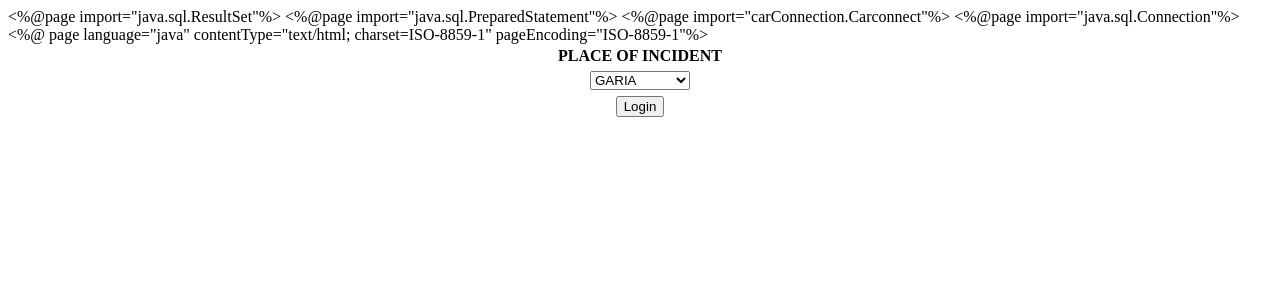
Repository: jeetlovely/ems
Page: EmergencyManagement/WebContent/accident.html
An editor plug-in stored every save of this project. The page is shown before and after the next save, followed by the edit.
The browser window is 1280 px wide. The pictures show the whole page.

Above is the page before, as saved 2018-04-25 20:45:20.

### EmergencyManagement/WebContent/accident.html

<%@page import="java.sql.ResultSet"%>
<%@page import="java.sql.PreparedStatement"%>
<%@page import="carConnection.Carconnect"%>
<%@page import="java.sql.Connection"%>
<%@ page language="java" contentType="text/html; charset=ISO-8859-1"
    pageEncoding="ISO-8859-1"%>
<!DOCTYPE html>
<html>
<head>
<meta charset="ISO-8859-1">
<title>Insert title here</title>
</head>
<body>
<form action="intalgo">

<table align="center">
<tr><th colspan="2">PLACE OF INCIDENT</th></tr>
<table align="center">
<tr><th colspan="2">
<select>
  <option value="garia">GARIA</option>
  <option value="newgaria">NEW GARIA</option>
  <option value="dumdum">DUMDUM</option>
  <option value="belghoria">BELGHORIA</option>
  <option value="jadavpur">JADAVPUR</option>
  <option value="kasba">KASBA</option>

</select>
</table>

<table align="center">
<tr><td colspan="2"><input type="submit" value="Login"></td></tr>
</table>
</table>
</form>

</body>
</html>

After the next save:
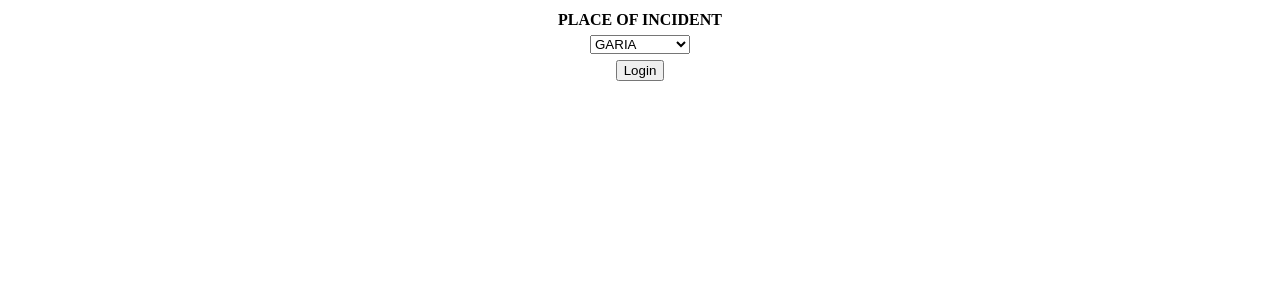
Saved 2 min 40 s later.
--- a/EmergencyManagement/WebContent/accident.html
+++ b/EmergencyManagement/WebContent/accident.html
@@ -1,10 +1,6 @@
 
-<%@page import="java.sql.ResultSet"%>
-<%@page import="java.sql.PreparedStatement"%>
-<%@page import="carConnection.Carconnect"%>
-<%@page import="java.sql.Connection"%>
-<%@ page language="java" contentType="text/html; charset=ISO-8859-1"
-    pageEncoding="ISO-8859-1"%>
+
+
 <!DOCTYPE html>
 <html>
 <head>
